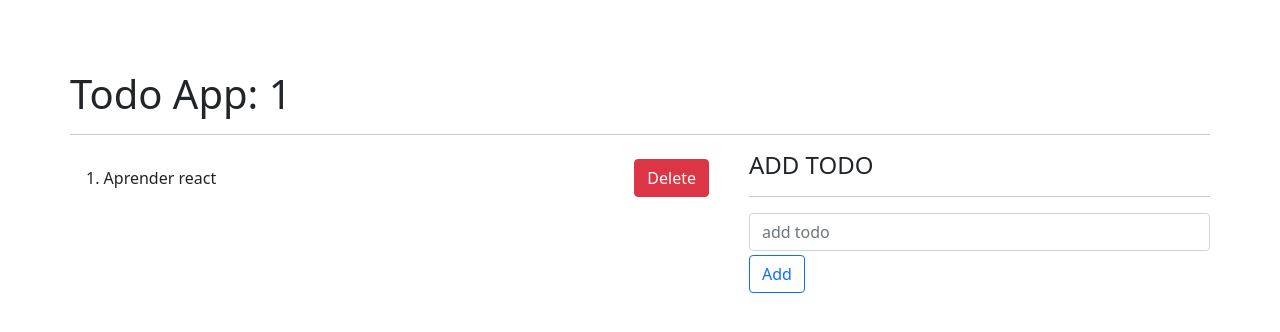
Repository: ppfeliuu/hooks-app
Page: /
These files come from the project's save history. The page is drawn as it stood at one moment and after a run of saves; the edit follows.
The browser window is 1280 px wide. The pictures show the whole page.
The project was rebuilt for these pictures with package versions that can differ from the ones it lists, and the page was loaded fresh each time.

Above is the page before, as saved 2021-05-30 09:52:05.

After the next 3 saves:
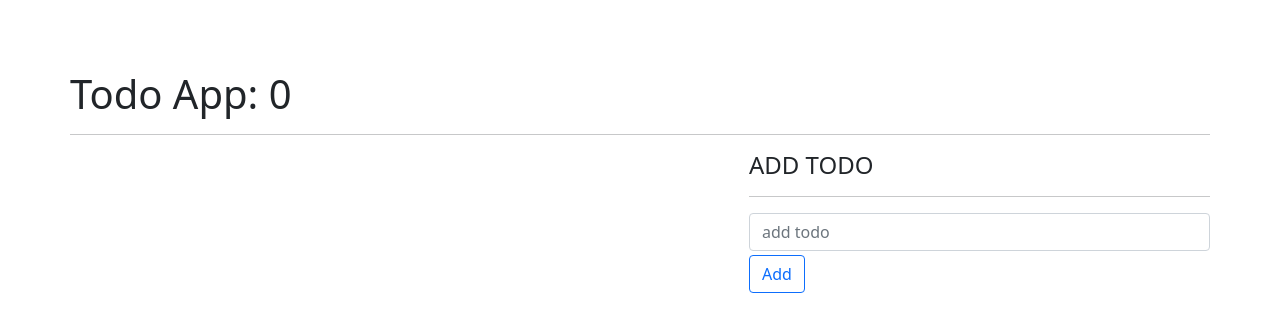
The 3 saves are shown as one change because 2 did not build or start.
The last was saved 4 min 15 s later.
--- a/src/components/08-useReducer/TodoApp.js
+++ b/src/components/08-useReducer/TodoApp.js
@@ -1,23 +1,28 @@
-import React, { useReducer } from "react";
+import React, { useReducer, useEffect } from "react";
 import "./styles.css";
 import { todoReducer } from "./todoReducer";
 import { useForm } from "../../hooks/useForm";
 
-const initialState = [
-  {
+const init = () => {
+  /* return {
     id: new Date().getTime(),
     desc: "Aprender react",
     done: false,
-  },
-];
+  }; */
+  return JSON.parse(localStorage.getItem("todos")) || [];
+};
 
 export const TodoApp = () => {
-  const [todos, dispatch] = useReducer(todoReducer, initialState);
+  const [todos, dispatch] = useReducer(todoReducer, [], init);
   const [{ description }, handleInputChange, reset] = useForm({
     description: "",
   });
 
   console.log(description);
+
+  useEffect(() => {
+    localStorage.setItem("todos", JSON.stringify(todos));
+  }, [todos]);
 
   const handleSubmit = (e) => {
     e.preventDefault();
